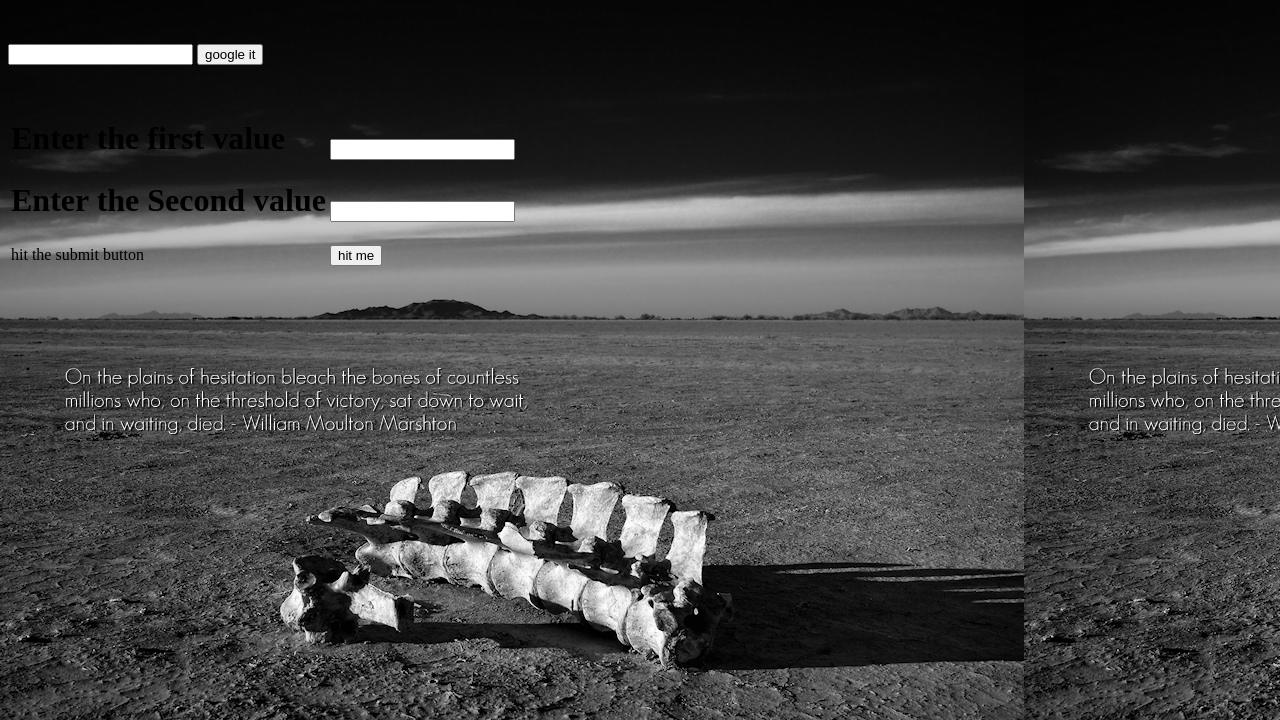
Repository: dhanasekar13/servlet
Page: mystore/war/login.html
These files come from the project's save history. The page is drawn as it stood at one moment and after the next save; the edit follows.
The browser window is 1280 px wide. The pictures show the whole page.

Above is the page before, as saved 2017-05-09 18:05:18.

After the next save:
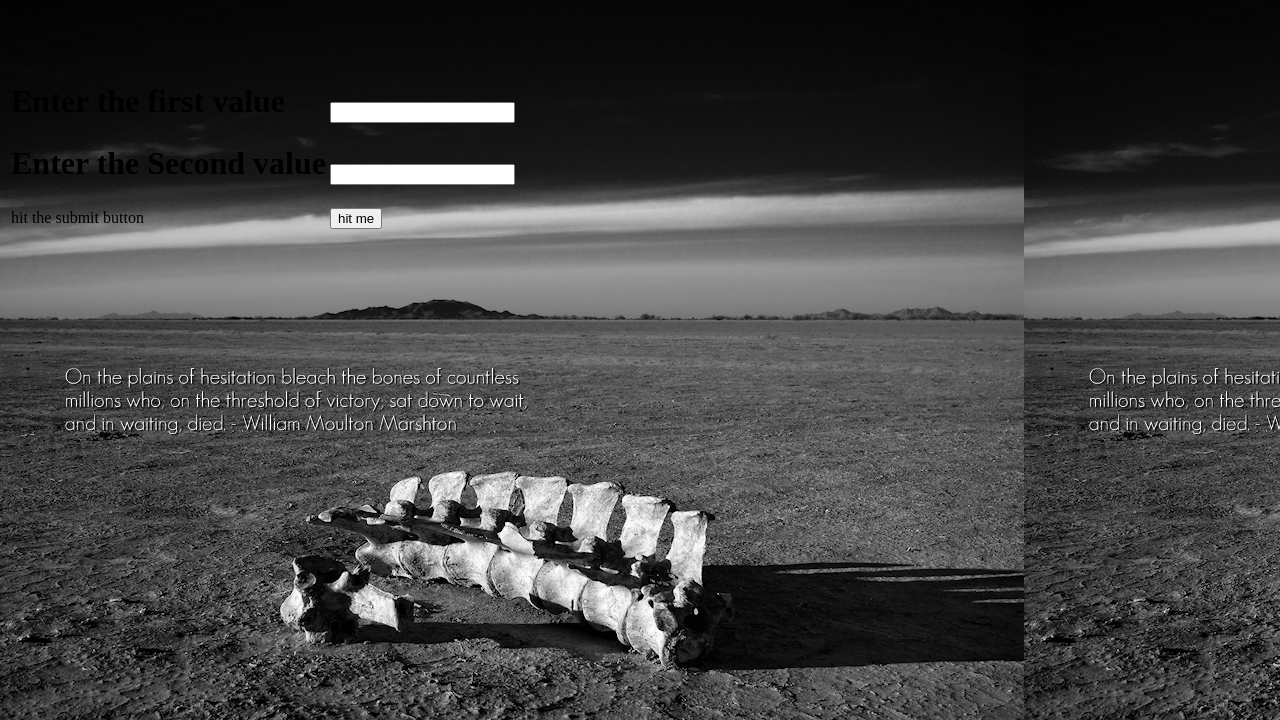
Saved 17 s later.
--- a/mystore/war/login.html
+++ b/mystore/war/login.html
@@ -10,14 +10,7 @@ h1 {
 <body background="b.jpg" bgcolor="orange">
 	<br>
 	<br>
-	<right>
-	<form action="search" method="get">
-	<input type="text" name="g1">
-	<input type="submit" value="google it">
 
-	</form>
-
-	</right>
 	<br>
 	<br>
 
